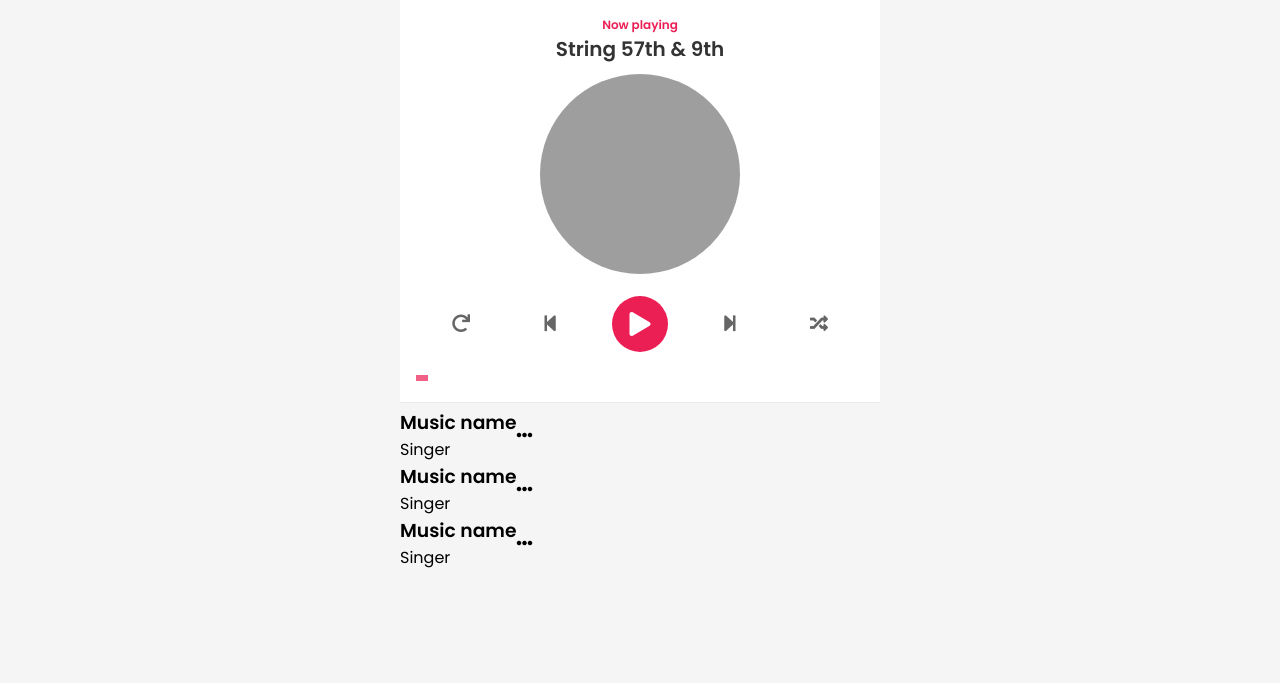
Repository: NBlue/Music_Player
Page: index.html
The author's editor kept a copy of each file at every save. The page is drawn from the files as they stood at one save, then again after the next save.
The browser window is 1280 px wide. The pictures show the whole page.
Pictures or frames that could not be fetched are drawn as grey boxes.

Above is the page before, as saved 2021-10-12 23:11:11.

### index.html
<!DOCTYPE html>
<html lang="en">
    <head>
        <meta charset="UTF-8" />
        <meta http-equiv="X-UA-Compatible" content="IE=edge" />
        <meta name="viewport" content="width=device-width, initial-scale=1.0" />
        <title>Music player</title>
        <link
            rel="stylesheet"
            href="https://cdnjs.cloudflare.com/ajax/libs/font-awesome/5.15.2/css/all.min.css"
            integrity="sha512-HK5fgLBL+xu6dm/Ii3z4xhlSUyZgTT9tuc/hSrtw6uzJOvgRr2a9jyxxT1ely+B+xFAmJKVSTbpM/CuL7qxO8w=="
            crossorigin="anonymous"
        />
        <link rel="preconnect" href="https://fonts.gstatic.com" />
        <link
            href="https://fonts.googleapis.com/css2?family=Poppins:wght@300;400;600&display=swap"
            rel="stylesheet"
        />

        <link rel="stylesheet" href="./assets/css/style.css" />
    </head>
    <body>
        <div class="player">
            <!-- Dashboard - Bảng điều khiển -->
            <div class="dashboard">
                <!-- Header -->
                <header>
                    <h4>Now playing</h4>
                    <h2>String 57th & 9th</h2>
                </header>

                <!-- CD -->
                <div class="cd">
                    <div
                        class="cd-thumb"
                        style="
                            background-image: url(https://i.ytimg.com/vi/jTLhQf5KJSc/maxresdefault.jpg);
                        "
                    ></div>
                </div>

                <!-- Control -->
                <div class="control">
                    <div class="btn btn-repeat">
                        <i class="fas fa-redo"></i>
                    </div>
                    <div class="btn btn-prev">
                        <i class="fas fa-step-backward"></i>
                    </div>
                    <div class="btn btn-toggle-play">
                        <i class="fas fa-pause icon-pause"></i>
                        <i class="fas fa-play icon-play"></i>
                    </div>
                    <div class="btn btn-next">
                        <i class="fas fa-step-forward"></i>
                    </div>
                    <div class="btn btn-random">
                        <i class="fas fa-random"></i>
                    </div>
                </div>

                <input
                    type="range"
                    id="progress"
                    class="progress"
                    value="0"
                    step="1"
                    min="0"
                    max="100"
                />

                <audio src="" id="audio"></audio>
            </div>

            <!-- Playlist -->
            <div class="playlist">
                <div class="song">
                    <div
                        class="thumb"
                        style="
                            background-image: url(https://i.ytimg.com/vi/jTLhQf5KJSc/maxresdefault.jpg);
                        "
                    ></div>
                    <div class="body">
                        <h3 class="title">Music name</h3>
                        <p class="author">Singer</p>
                    </div>
                    <div class="option">
                        <i class="fas fa-ellipsis-h"></i>
                    </div>
                </div>
                <div class="song">
                    <div
                        class="thumb"
                        style="
                            background-image: url(https://i.ytimg.com/vi/jTLhQf5KJSc/maxresdefault.jpg);
                        "
                    ></div>
                    <div class="body">
                        <h3 class="title">Music name</h3>
                        <p class="author">Singer</p>
                    </div>
                    <div class="option">
                        <i class="fas fa-ellipsis-h"></i>
                    </div>
                </div>
                <div class="song">
                    <div
                        class="thumb"
                        style="
                            background-image: url(https://i.ytimg.com/vi/jTLhQf5KJSc/maxresdefault.jpg);
                        "
                    ></div>
                    <div class="body">
                        <h3 class="title">Music name</h3>
                        <p class="author">Singer</p>
                    </div>
                    <div class="option">
                        <i class="fas fa-ellipsis-h"></i>
                    </div>
                </div>
            </div>
        </div>
    </body>
</html>

### assets/css/style.css
:root {
    --primary-color: #ec1f55;
    --text-color: #333;
}

* {
    padding: 0;
    margin: 0;
    box-sizing: inherit;
}

body {
    background-color: #f5f5f5;
}

html {
    box-sizing: border-box;
    font-family: "Poppins", sans-serif;
}

.player {
    position: relative;
    max-width: 480px;
    margin: 0 auto;
}

.player .icon-pause {
    display: none;
}

.player.playing .icon-pause {
    display: inline-block;
}

.player.playing .icon-play {
    display: none;
}

.dashboard {
    padding: 16px 16px 14px;
    background-color: #fff;
    position: fixed;
    top: 0;
    width: 100%;
    max-width: 480px;
    border-bottom: 1px solid #ebebeb;
}

/* HEADER */
header {
    text-align: center;
    margin-bottom: 10px;
}

header h4 {
    color: var(--primary-color);
    font-size: 12px;
}

header h2 {
    color: var(--text-color);
    font-size: 20px;
}

/* CD */
.cd {
    display: flex;
    margin: auto;
    width: 200px;
}

.cd-thumb {
    width: 100%;
    padding-bottom: 100%;
    border-radius: 50%;
    background-color: #333;
    background-size: cover;
    margin: auto;
}

/* CONTROL */
.control {
    display: flex;
    align-items: center;
    justify-content: space-around;
    padding: 18px 0 8px 0;
}

.control .btn {
    color: #666;
    padding: 18px;
    font-size: 18px;
}

.control .btn.active {
    color: var(--primary-color);
}

.control .btn-toggle-play {
    width: 56px;
    height: 56px;
    border-radius: 50%;
    font-size: 24px;
    color: #fff;
    display: flex;
    align-items: center;
    justify-content: center;
    background-color: var(--primary-color);
}

.progress {
    width: 100%;
    height: 6px;
    -webkit-appearance: none; /*ẩn cái thanh process*/
    background: color #d3d3d3;
    outline: none;
    opacity: 0.7;
    -webkit-transition: 0.2s;
    transition: opacity 0.2s;
}

.progress::-webkit-slider-thumb {
    /* Css cho cái nút tròn tròn thành hình khác: thumb - ngón tay*/
    -webkit-appearance: none;
    appearance: none;
    width: 12px;
    height: 6px;
    background-color: var(--primary-color);
    cursor: pointer;
}

/* PLAYLIST */
.playlist {
    margin-top: 408px; /* Vì cái dashbroad được fixed nên nó chồi lên trên*/
}

.song {
    display: flex;
    align-items: center;
}
.thumb {
}
.body {
}
.title {
}
.author {
}
.option {
}
.fa-ellipsis-h {
}
.btn.btn-repeat {
}
.fas.fa-redo {
}
.btn.btn-prev {
}
.fas.fa-step-backward {
}
.btn.btn-toggle-play {
}
.fas.fa-pause.icon-pause {
}
.fas.fa-play.icon-play {
}
.btn.btn-next {
}
.fas.fa-step-forward {
}
.btn.btn-random {
}
.fas.fa-random {
}
.fas.fa-ellipsis-h {
}

After the next save:
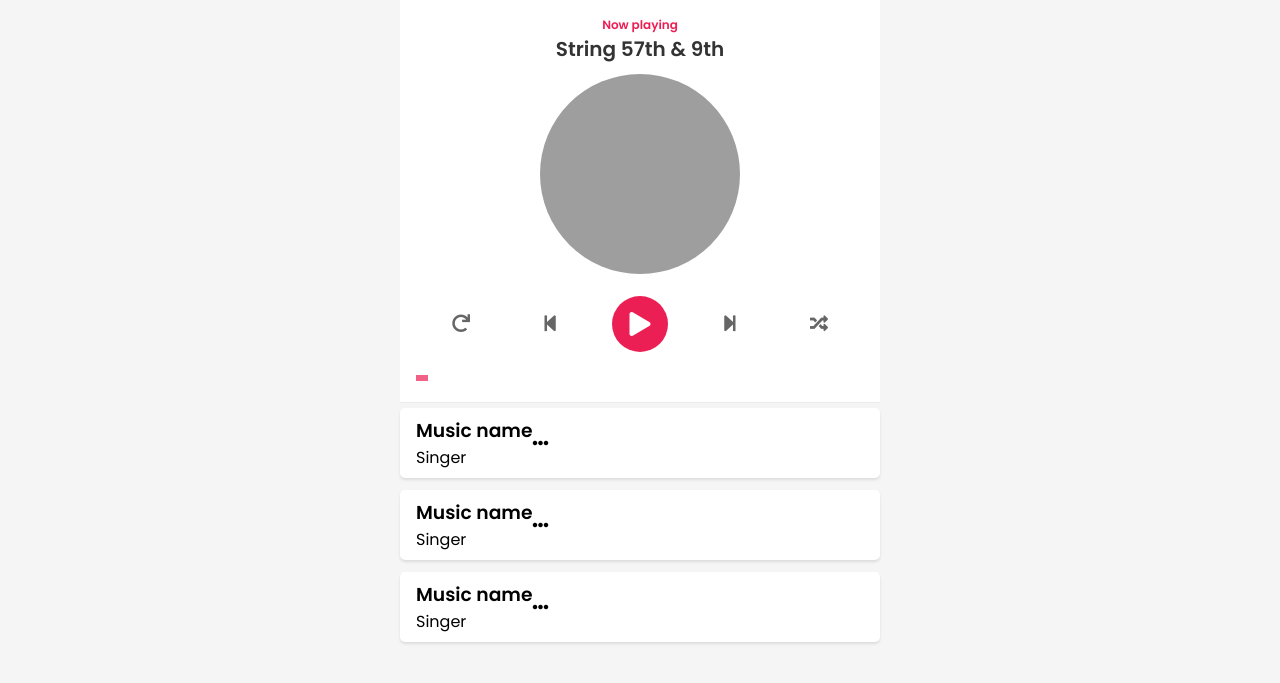
Saved 4 min 14 s later.
--- a/assets/css/style.css
+++ b/assets/css/style.css
@@ -137,6 +137,11 @@ header h2 {
 .song {
     display: flex;
     align-items: center;
+    margin-bottom: 12px;
+    background-color: #fff;
+    padding: 8px 16px;
+    border-radius: 5px;
+    box-shadow: 0 2px 3px rgba(0, 0, 0, 0.1);
 }
 .thumb {
 }
